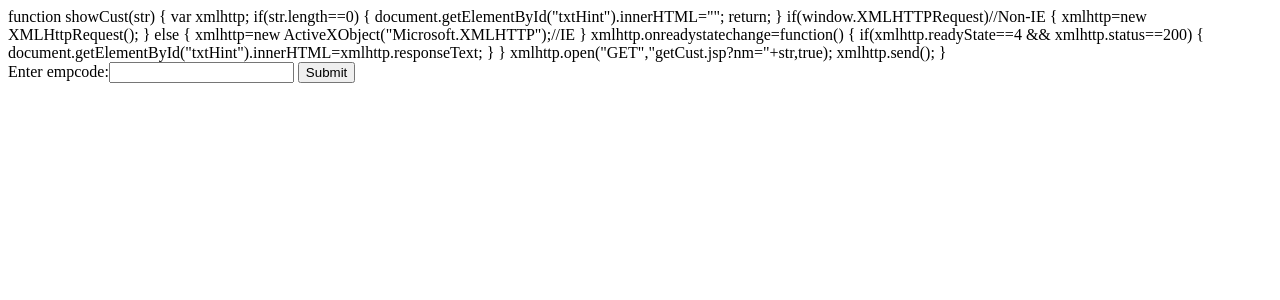
Repository: shiva94/MyProjects
Page: http://localhost/ServDemo1/AddEmployee.jsp
The author's editor kept a copy of each file at every save. The page is drawn from the files as they stood at one save, then again after the next save.
The browser window is 1280 px wide. The pictures show the whole page.
The page is served by Tomcat 9.

Above is the page before, as saved 2015-08-17 07:46:04.

After the next save:
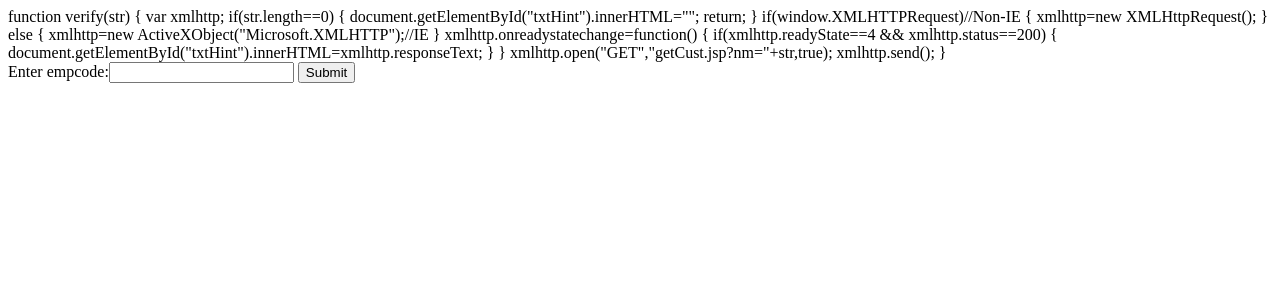
Saved 110 s later.
--- a/ServDemo1/WebContent/AddEmployee.jsp
+++ b/ServDemo1/WebContent/AddEmployee.jsp
@@ -5,7 +5,7 @@
 <head>
 <meta http-equiv="Content-Type" content="text/html; charset=ISO-8859-1">
 <title>Insert title here</title>
-function showCust(str) {
+function verify(str) {
 var xmlhttp;
 if(str.length==0)
 	{
@@ -34,7 +34,7 @@ xmlhttp.send();
 </head>
 <body>
 <form action="AddEmployee">
-Enter empcode:<input type="text" name="empcode">
+Enter empcode:<input type="text" name="empcode" onsubmit="">
 
 <input type="submit">
 </form>
